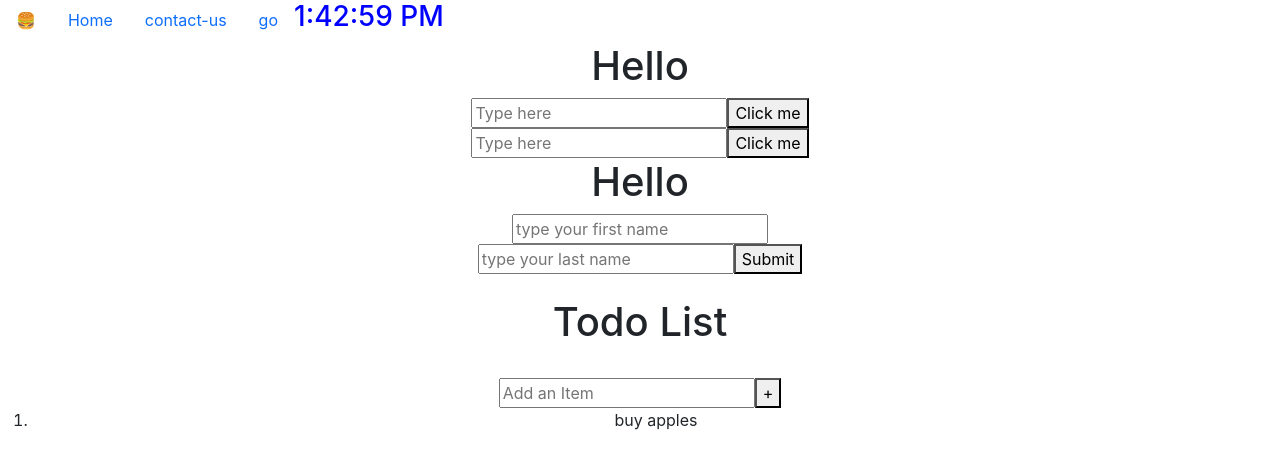
Repository: shah-zx/React-learning
Page: /about
The author's editor kept a copy of each file at every save. The page is drawn from the files as they stood at one save, then again after the next save.
The browser window is 1280 px wide. The pictures show the whole page.
The project was rebuilt for these pictures with package versions that can differ from the ones it lists, and the page was loaded fresh each time. Also part of the build but not shown: src/components/Greet.js, src/components/Welcome.js, src/components/Swagat.js, src/components/Namaste.js, src/components/Hello.js, src/components/ayiye.js, src/components/Message.js, src/components/Thought.js and 47 more. Imported but missing from the stored project, and not drawn on this page: src/components/Indexaskeyantipattern.

Above is the page before, as saved 2021-11-12 22:26:34.

After the next save:
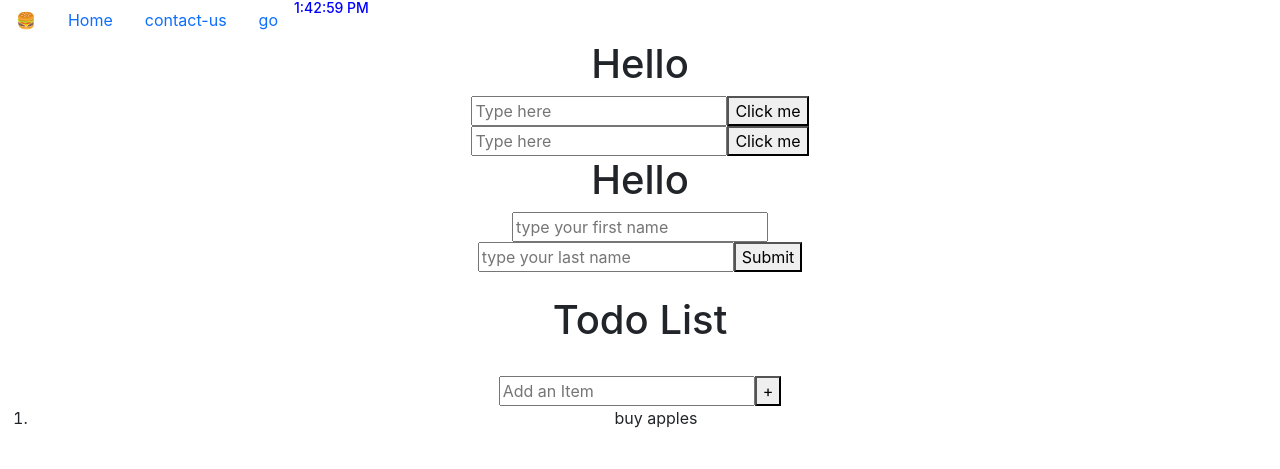
Saved 26 s later.
--- a/src/practice_components/Dclock.jsx
+++ b/src/practice_components/Dclock.jsx
@@ -15,7 +15,7 @@ function Dclock() {
 
     return (
         <>
-            <h3 style={{color : "blue"}}>{ctime}</h3>
+            <h3 style={{color : "blue" , fontSize : "14px"}}>{ctime}</h3>
         </>
     )
 }
